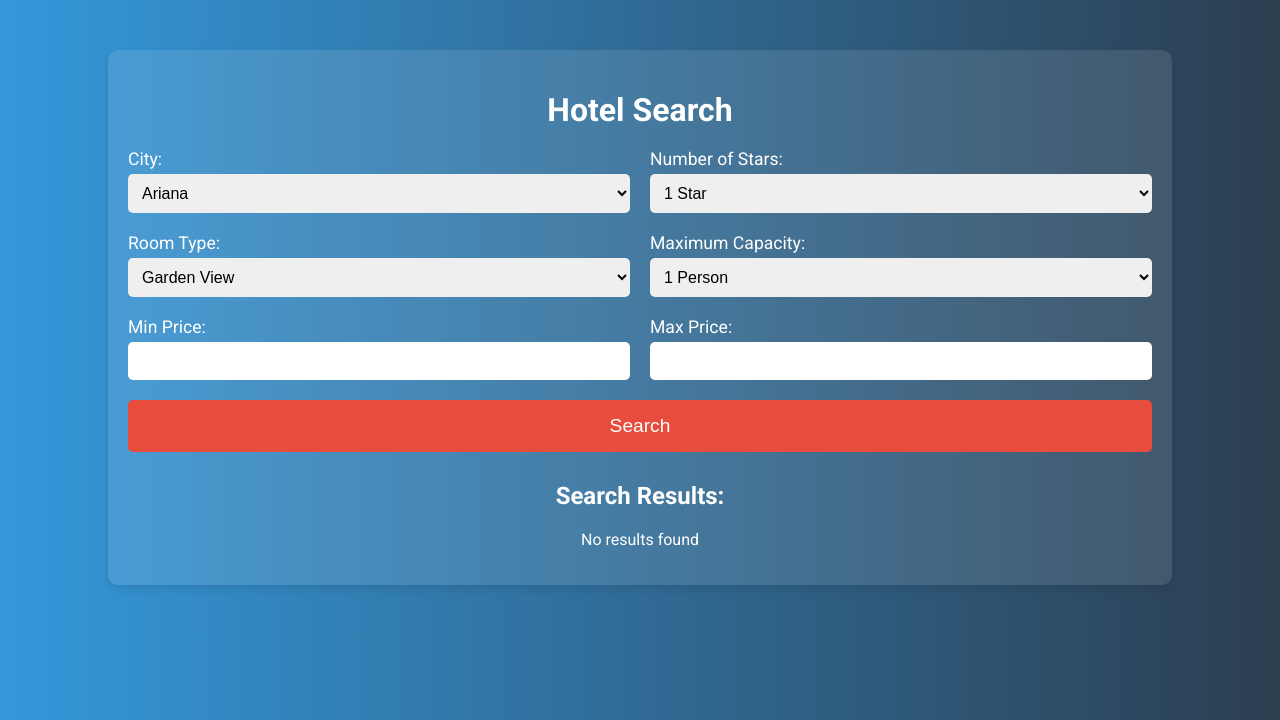
Repository: ToumiFourat/HotelManagementt
Page: http://localhost/Hotell/views/index.jsp
An editor plug-in stored every save of this project. The page is shown before and after the next save, followed by the edit.
The browser window is 1280 px wide. The pictures show the whole page.
The page is served by Tomcat 10. Other server files are loaded and not shown.

Above is the page before, as saved 2024-12-17 21:18:10.

### Hotell/src/main/webapp/views/index.jsp
<%@ page contentType="text/html;charset=UTF-8" language="java" %>
<%@ page import="java.util.List" %>
<%@ page import="model.HotelRoom" %>
<!DOCTYPE html>
<html>
<head>
    <meta charset="UTF-8">
    <title>Hotel Search</title>
    <link rel="stylesheet" href="https://cdnjs.cloudflare.com/ajax/libs/font-awesome/6.0.0-beta3/css/all.min.css">
    <style>
        @import url('https://fonts.googleapis.com/css2?family=Roboto:wght@400;700&display=swap');

        body {
            font-family: 'Roboto', sans-serif;
            margin: 0;
            padding: 0;
            background: linear-gradient(to right, #3498db, #2c3e50);
            color: #fff;
        }

        .container {
            width: 80%;
            margin: 50px auto;
            padding: 20px;
            background: rgba(255, 255, 255, 0.1);
            border-radius: 10px;
            box-shadow: 0 4px 8px rgba(0, 0, 0, 0.1);
        }

        h1, h2 {
            text-align: center;
            margin-bottom: 20px;
        }

        form {
            display: flex;
            flex-wrap: wrap; /* Permet d'aligner les champs côte à côte */
            gap: 20px;
            justify-content: space-between;
        }

        .form-group {
            flex: 1 1 calc(50% - 20px); /* Chaque champ occupe 50% de la largeur avec un espace */
            display: flex;
            flex-direction: column;
        }

        label {
            font-size: 1.1em;
            margin-bottom: 5px;
            color: #fff;
        }

        input[type="text"], input[type="number"], select {
            padding: 10px;
            font-size: 1em;
            border: none;
            border-radius: 5px;
            width: 100%;
            box-sizing: border-box;
        }

        button {
            width: 100%;
            padding: 15px;
            font-size: 1.2em;
            color: #fff;
            background-color: #e74c3c;
            border: none;
            border-radius: 5px;
            cursor: pointer;
            transition: background-color 0.3s ease;
        }

        button:hover {
            background-color: #c0392b;
        }

        .results {
            margin-top: 30px;
        }

        .result-item {
            background: rgba(255, 255, 255, 0.85);
            color: #333;
            border-radius: 8px;
            padding: 10px;
            margin-bottom: 15px;
            display: flex;
            align-items: center;
            box-shadow: 0 2px 5px rgba(0, 0, 0, 0.1);
        }

        .image-container {
            width: 150px;
            height: 150px;
            border-radius: 8px;
            overflow: hidden;
            margin-right: 20px;
        }

        .image-container img {
            width: 100%;
            height: 100%;
            object-fit: cover;
        }

        .hotel-details {
            flex-grow: 1;
        }

        .hotel-details h3 {
            margin: 0 0 10px;
            font-size: 1.6em;
            color: #333;
        }

        .hotel-details p {
            margin: 5px 0;
            color: #555;
        }
    </style>
</head>
<body>
    <div class="container">
        <h1>Hotel Search</h1>
        <form action="${pageContext.request.contextPath}/SearchServlet" method="post">
            <!-- Champ de ville -->
            <div class="form-group">
                <label>City:</label>
                <select name="city" required>
                    <option value="Ariana">Ariana</option>
                    <option value="Sousse">Sousse</option>
                    <option value="Monastir">Monastir</option>
                    <option value="ZARZIS">ZARZIS</option>
                </select>
            </div>

            <!-- Nombre d'étoiles -->
            <div class="form-group">
                <label>Number of Stars:</label>
                <select name="stars" required>
                    <option value="1">1 Star</option>
                    <option value="2">2 Stars</option>
                    <option value="3">3 Stars</option>
                    <option value="4">4 Stars</option>
                    <option value="5">5 Stars</option>
                </select>
            </div>

            <!-- Type de chambre -->
            <div class="form-group">
                <label>Room Type:</label>
                <select name="roomType" required>
                    <option value="gardenView">Garden View</option>
                    <option value="seaView">Sea View</option>
                    <option value="suite">Suite</option>
                </select>
            </div>

            <!-- Capacité maximale -->
            <div class="form-group">
                <label>Maximum Capacity:</label>
                <select name="capacity" required>
                    <option value="1">1 Person</option>
                    <option value="2">2 People</option>
                    <option value="3">3 People</option>
                    <option value="4">4 People</option>
                </select>
            </div>

            <!-- Prix minimum -->
            <div class="form-group">
                <label>Min Price:</label>
                <input type="number" name="minPrice" min="0" required>
            </div>

            <!-- Prix maximum -->
            <div class="form-group">
                <label>Max Price:</label>
                <input type="number" name="maxPrice" min="0" required>
            </div>

            <!-- Bouton de soumission -->
            <div class="form-group" style="flex-basis: 100%;">
                <button type="submit">Search</button>
            </div>
        </form>

        <!-- Affichage des résultats -->
        <div class="results">
            <h2>Search Results:</h2>
            <%
            List<HotelRoom> hotelResults = (List<HotelRoom>) request.getAttribute("hotelResults");
            if (hotelResults != null && !hotelResults.isEmpty()) {
                for (HotelRoom hotel : hotelResults) {
            %>
            <div class="result-item">
                <div class="image-container">
                    <img src="uploads/<%= hotel.getImageUrl() %>" alt="Hotel Image">
                </div>
                <div class="hotel-details">
                    <h3><%= hotel.getHotelName() %></h3>
                    <p>City: <%= hotel.getCity() %></p>
                    <p>Stars:
                        <% for (int i = 0; i < hotel.getNumberOfStars(); i++) { %>
                            <i class="fas fa-star" style="color: gold;"></i>
                        <% } %>
                    </p>
                    <p>Room Type: <%= hotel.getRoomType() %></p>
                    <p>Price: <%= hotel.getPrice() %> TND</p>
                    <p>Capacity: <%= hotel.getCapacity() %></p>
                </div>
            </div>
            <%
                }
            } else {
            %>
            <p style="text-align: center;">No results found</p>
            <%
            }
            %>
        </div>
    </div>
</body>
</html>

After the next save:
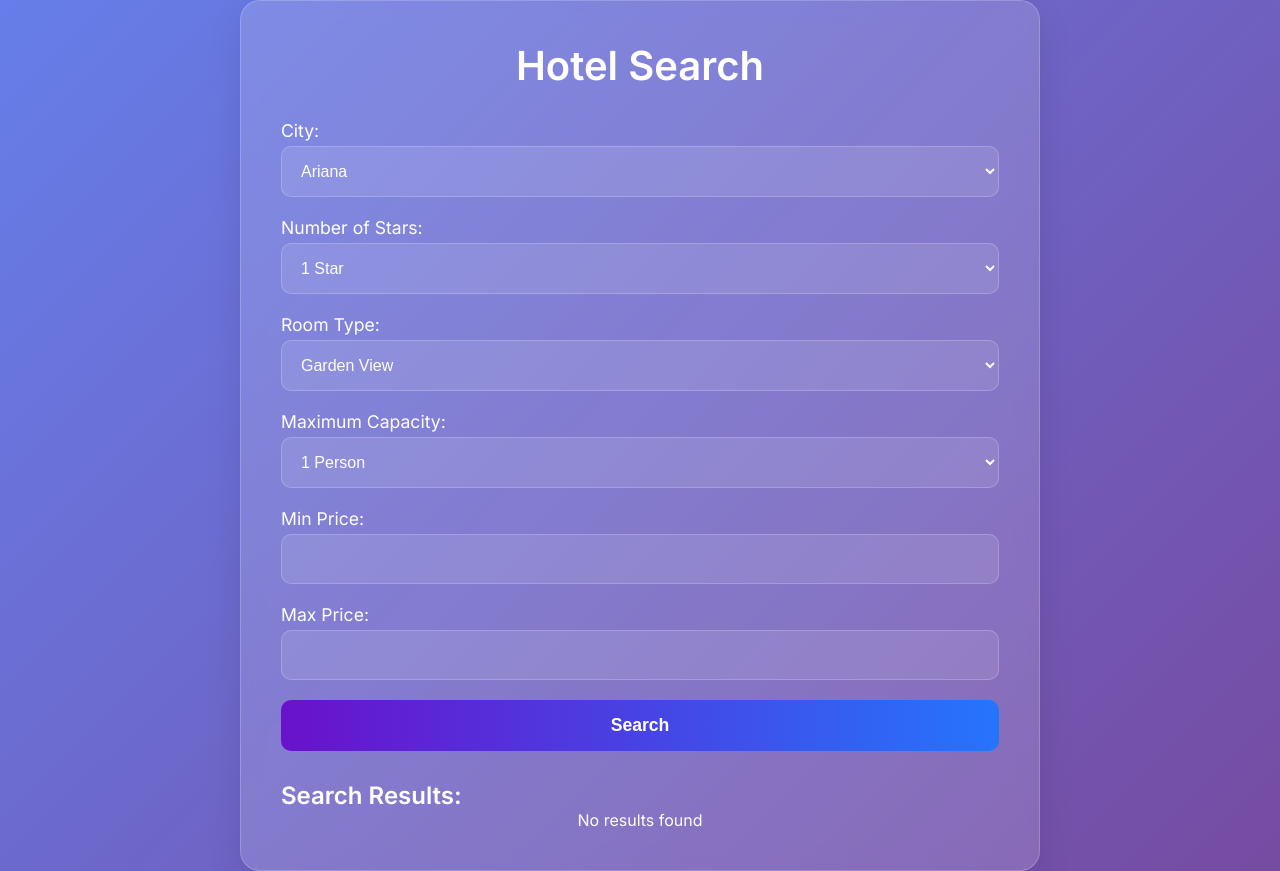
Saved 12 min 27 s later.
--- a/Hotell/src/main/webapp/views/index.jsp
+++ b/Hotell/src/main/webapp/views/index.jsp
@@ -2,45 +2,64 @@
 <%@ page import="java.util.List" %>
 <%@ page import="model.HotelRoom" %>
 <!DOCTYPE html>
-<html>
+<html lang="fr">
 <head>
     <meta charset="UTF-8">
+    <meta name="viewport" content="width=device-width, initial-scale=1.0">
     <title>Hotel Search</title>
-    <link rel="stylesheet" href="https://cdnjs.cloudflare.com/ajax/libs/font-awesome/6.0.0-beta3/css/all.min.css">
+    <link href="https://fonts.googleapis.com/css2?family=Inter:wght@300;400;600&display=swap" rel="stylesheet">
     <style>
-        @import url('https://fonts.googleapis.com/css2?family=Roboto:wght@400;700&display=swap');
-
-        body {
-            font-family: 'Roboto', sans-serif;
+        :root {
+            --background-gradient: linear-gradient(135deg, #667eea 0%, #764ba2 100%);
+            --card-background: rgba(255, 255, 255, 0.15);
+            --text-primary: #ffffff;
+            --text-secondary: rgba(255, 255, 255, 0.7);
+            --input-background: rgba(255, 255, 255, 0.1);
+            --border-color: rgba(255, 255, 255, 0.2);
+            --button-gradient: linear-gradient(to right, #6a11cb 0%, #2575fc 100%);
+        }
+
+        * {
             margin: 0;
             padding: 0;
-            background: linear-gradient(to right, #3498db, #2c3e50);
-            color: #fff;
+            box-sizing: border-box;
+        }
+
+        body {
+            font-family: 'Inter', sans-serif;
+            background: var(--background-gradient);
+            min-height: 100vh;
+            display: flex;
+            align-items: center;
+            justify-content: center;
+            color: var(--text-primary);
         }
 
         .container {
-            width: 80%;
-            margin: 50px auto;
-            padding: 20px;
-            background: rgba(255, 255, 255, 0.1);
-            border-radius: 10px;
-            box-shadow: 0 4px 8px rgba(0, 0, 0, 0.1);
-        }
-
-        h1, h2 {
+            width: 100%;
+            max-width: 800px;
+            background: var(--card-background);
+            border-radius: 20px;
+            padding: 40px;
+            backdrop-filter: blur(10px);
+            box-shadow: 0 15px 35px rgba(0, 0, 0, 0.1);
+            border: 1px solid var(--border-color);
+        }
+
+        h1 {
             text-align: center;
-            margin-bottom: 20px;
+            font-size: 2.5rem;
+            margin-bottom: 30px;
+            font-weight: 600;
         }
 
         form {
             display: flex;
-            flex-wrap: wrap; /* Permet d'aligner les champs côte à côte */
+            flex-direction: column;
             gap: 20px;
-            justify-content: space-between;
         }
 
         .form-group {
-            flex: 1 1 calc(50% - 20px); /* Chaque champ occupe 50% de la largeur avec un espace */
             display: flex;
             flex-direction: column;
         }
@@ -48,32 +67,37 @@
         label {
             font-size: 1.1em;
             margin-bottom: 5px;
-            color: #fff;
+            color: var(--text-primary);
         }
 
         input[type="text"], input[type="number"], select {
-            padding: 10px;
-            font-size: 1em;
+            padding: 15px;
+            background: var(--input-background);
+            border: 1px solid var(--border-color);
+            border-radius: 10px;
+            color: var(--text-primary);
+            font-size: 1rem;
+            outline: none;
+        }
+
+        select {
+            font-size: 1rem;
+            color: var(--text-primary);
+        }
+
+        button {
+            background: var(--button-gradient);
+            color: var(--text-primary);
             border: none;
-            border-radius: 5px;
-            width: 100%;
-            box-sizing: border-box;
-        }
-
-        button {
-            width: 100%;
             padding: 15px;
-            font-size: 1.2em;
-            color: #fff;
-            background-color: #e74c3c;
-            border: none;
-            border-radius: 5px;
+            border-radius: 10px;
+            font-size: 1.1rem;
+            font-weight: 600;
             cursor: pointer;
-            transition: background-color 0.3s ease;
         }
 
         button:hover {
-            background-color: #c0392b;
+            background: linear-gradient(to right, #2575fc 0%, #6a11cb 100%);
         }
 
         .results {
@@ -81,20 +105,20 @@
         }
 
         .result-item {
-            background: rgba(255, 255, 255, 0.85);
+            background: rgba(255, 255, 255, 0.15);
             color: #333;
-            border-radius: 8px;
-            padding: 10px;
+            border-radius: 10px;
+            padding: 15px;
             margin-bottom: 15px;
             display: flex;
             align-items: center;
-            box-shadow: 0 2px 5px rgba(0, 0, 0, 0.1);
+            box-shadow: 0 5px 15px rgba(0, 0, 0, 0.1);
         }
 
         .image-container {
             width: 150px;
             height: 150px;
-            border-radius: 8px;
+            border-radius: 10px;
             overflow: hidden;
             margin-right: 20px;
         }
@@ -125,7 +149,6 @@
     <div class="container">
         <h1>Hotel Search</h1>
         <form action="${pageContext.request.contextPath}/SearchServlet" method="post">
-            <!-- Champ de ville -->
             <div class="form-group">
                 <label>City:</label>
                 <select name="city" required>
@@ -136,7 +159,6 @@
                 </select>
             </div>
 
-            <!-- Nombre d'étoiles -->
             <div class="form-group">
                 <label>Number of Stars:</label>
                 <select name="stars" required>
@@ -148,7 +170,6 @@
                 </select>
             </div>
 
-            <!-- Type de chambre -->
             <div class="form-group">
                 <label>Room Type:</label>
                 <select name="roomType" required>
@@ -158,7 +179,6 @@
                 </select>
             </div>
 
-            <!-- Capacité maximale -->
             <div class="form-group">
                 <label>Maximum Capacity:</label>
                 <select name="capacity" required>
@@ -169,25 +189,21 @@
                 </select>
             </div>
 
-            <!-- Prix minimum -->
             <div class="form-group">
                 <label>Min Price:</label>
                 <input type="number" name="minPrice" min="0" required>
             </div>
 
-            <!-- Prix maximum -->
             <div class="form-group">
                 <label>Max Price:</label>
                 <input type="number" name="maxPrice" min="0" required>
             </div>
 
-            <!-- Bouton de soumission -->
             <div class="form-group" style="flex-basis: 100%;">
                 <button type="submit">Search</button>
             </div>
         </form>
 
-        <!-- Affichage des résultats -->
         <div class="results">
             <h2>Search Results:</h2>
             <%
